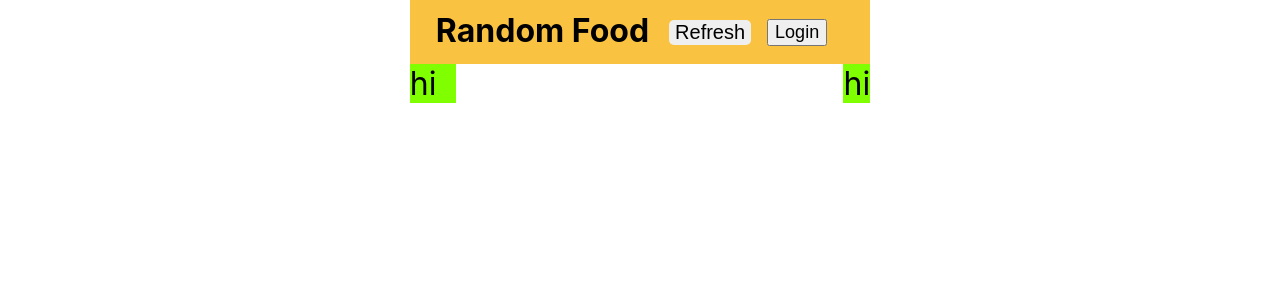
Repository: limjoohyun2030/random-food
Page: /random-food/home
An editor plug-in stored every save of this project. The page is shown before and after the next save, followed by the edit.
The browser window is 1280 px wide. The pictures show the whole page.
The page's requests for data from a server got no answer. The project was rebuilt for these pictures with package versions that can differ from the ones it lists, and the page was loaded fresh each time. A package was used in the major version that the imports need, not the one package.json lists. No one was signed in, and anything a server would have sent is missing. Also part of the build but not shown: src/components/food_detail/food_detail.module.css, src/components/food_detail/food_detail.jsx, src/components/food_item/food_item.module.css, src/components/food_item/food_item.jsx, src/components/login/login.module.css, src/components/login/login.jsx.

Above is the page before, as saved 2021-11-11 02:23:32.

After the next save:
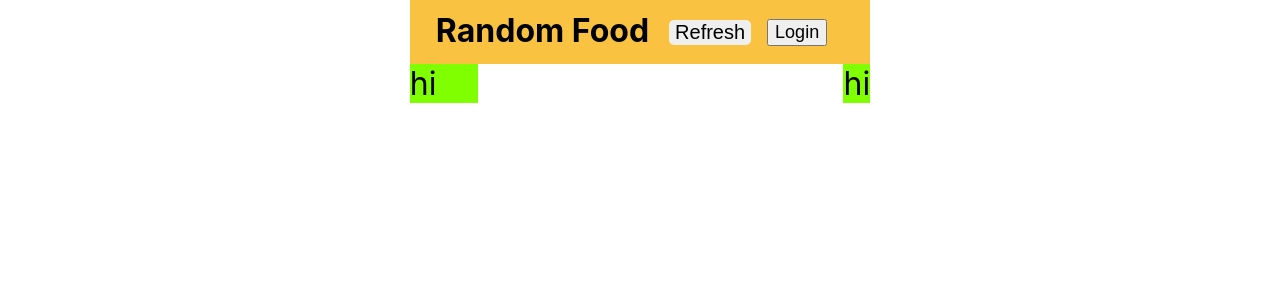
Saved 4 s later.
--- a/src/components/food_list/food_list.module.css
+++ b/src/components/food_list/food_list.module.css
@@ -16,7 +16,7 @@
 .sidebarLeft {
   background-color: chartreuse;
   font-size: 2em;
-  width: 10%;
+  width: 15%;
 }
 
 .sidebarRight {
